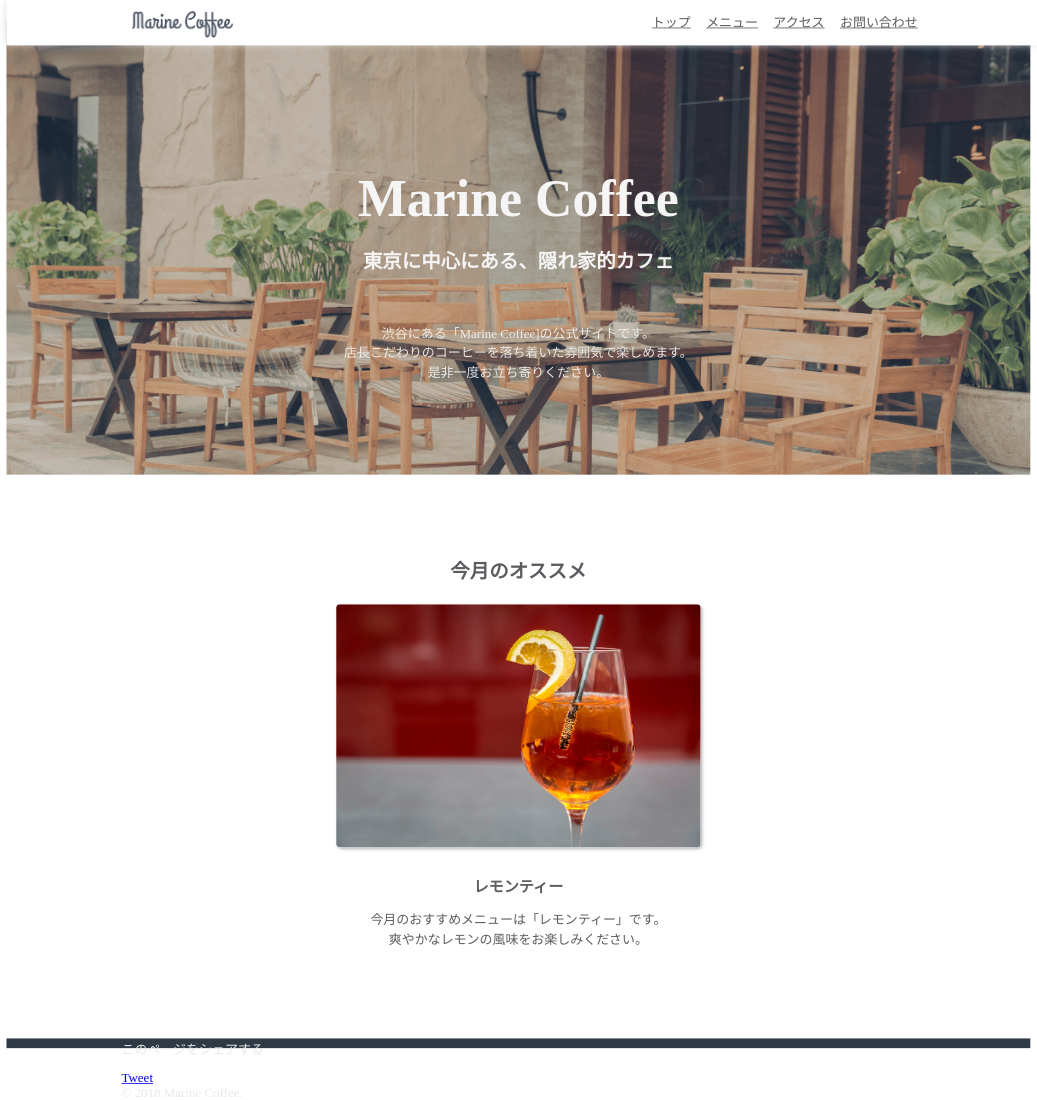
Repository: Kazuya888/samurai_HTML-CSS
Page: marine_coffee/index1.html
The author's editor kept a record of every edit. The page is drawn from the files as they stood at one moment, then again after the next edit.
The browser window is 1280 px wide. The pictures show the whole page, at 81% of full size.

Above is the page before.

### marine_coffee/index1.html
<!DOCTYPE html>
git init
<!DOCTYPE html>
<html lang="ja">
    <head>
         <meta charset="utf-8">
         <title> Marine Coffee　|　トップページ </title>
         <meta name="viewport" content="width=device-width, initial-scale=1">
         <meta name="discription" content="東京都渋谷区にある「Marine Coffee」の公式
         ページです。季節ごとのおすすめメニューや、アクセス情報などを記載しています。">
         <link rel="shortcut icon" href="im1ages/favicon.ico">
         <link rel-"stykesheet" href="common.css">
         <link rel="stylesheet" href="index1.css">
         <link rel="stylesheet" href="responsive.css">
     </head>
     <body>
 <!-- ここに文章を書いていきます。 -->
         <div class="header">
             <div class="container">
         <div class="header-left">
          <img class="header-logo" src="images/logo.png"
    alt="Marine Co1ffee"> </div>
 <div class="header-right">
    <a href="index1.html">トップ</a>
    <a href="menu.html">メニュー</a>
    <a href="access.html">アクセス</a>
    <a href="contact.html">お問い合わせ</a>
       </div>
         </div>
 <div class="clear"></div>
     </div>
</div>
    <div class="main-visual">
        <div class="container">
            <h1 class="top-title">Marine Coffee</h1>
            <h2 class="top-subtitle">東京に中心にある、隠れ家的カフェ</h2>
            <p class="top-text">
                渋谷にある「Marine Coffee]の公式サイトです。
                <br>
                店長こだわりのコーヒーを落ち着いた雰囲気で楽しめます。
                <br>
                是非一度お立ち寄りください。
            </p>
        </div>
    </div>
    <div class="main">
        <div class="cpntainer">
            <h2>今月のオススメ</h2>
            <img class="main-image" src="images/lemon-tea.jpg"
            alt="レモンティー">
            <h3>レモンティー</h3>
            <p>
                今月のおすすめメニューは「レモンティー」です。
                <br>
                爽やかなレモンの風味をお楽しみください。
            </p>
        </div>
    </div>
    <div class="footer">
        <div class="container">
            <div class="footer-left">
                <p>このページをシェアする</p>
               <a href="https://twitter.com/share?ref_src=twsrc%5Etfw"
               class="twitter-share-button"
               data-text="Marine Coffee" data-show-count="false">Tweet</a><script async src="https://platform.twitter.com/widgets.js"
               charset="utf-8"></script>
            </div>
            <div class="footer-right">
                &copy; 2018 Marine Coffee.
            </div>
            <div class="clear"></div>
        </div>
    </div>
     </body>
 </html>

### marine_coffee/index1.css
@charset "utf-8";
.header {
    height: 56px;
    width: 100%;
    box-shadow: 0 0 10px #dddddd;
    background-color: white;
    position: fixed;
    top: 0 ;
}
.header-left{
    float: left;
}
.header-right{
    float: right;
}
.clear{
    clear: both;
}
.header-logo{
    height: 40px;
    margin-top: 8px;
}
.header-right a{
    line-height: 56px;
    color: #5a5c5f;
    margin-left: 5px;
    font-size: 16px;
    padding:16px 5px;
}
.header-right a:hover{
    background-color: #e2f1ff;
    transition: background-color 0.5s;
}
.container{
    max-width: 980px;
    padding: 0 30px;
    margin-left: auto;
    margin-right: auto;
}
.main-visual{
    padding-top: 140px;
    padding-bottom: 100px;
    background-image: url("images/main.png");
    background-size: cover;
    color: #f5f5f5;
    text-align: center;
}
.top-title {
    font-size: 64px;
    margin-bottom:10px;
}
.top-subtitle{
    font-size: 24px;
    margin-bottom: 60px;
}
.top-text{
    opacity: 0.9;
}
.main{
    padding: 80px;
    color: #5a5c5f;
    text-align: center;
}
.main h2{
    margin-bottom:25px;
}
.main-image {
    width:450px;
    margin-bottom: 10px;
    box-shadow: 2px 2px 4px #b7b7b7;
    border-radius: 5px;
}
.main h3{
    margin-bottom: 10px;
}
.footer{
    height: 12px;
    background-color: #2f3a44;
    color: #e8e8e8;
}

### marine_coffee/responsive.css
@charset "utf-8";
@media (max-width: 1024px){
    .main-visual{
       padding-top:120px;
       padding-bottom: 80px;
    }
    .top-title{
        font-size: 60px;
    }
    .menu-card{
        width: 50%;
    }
}
@media(max-width: 670px){
    .header-left{
     display: none;
    }
    .header-right{
        float: none;
        text-align: center;
    }
    .header-right a{
        font-size: 14px;
    }
    .main{
        padding: 60px 0;
    }
    .main-image{
        width:280px;
    }
    .main p{
        font-size: 13px;
    }
    .footer-right{
        padding-top:20px;
    }
    .menu-card{
        width: 100%;
    }
    .google-map iframe{
        width: 100%;
    }
    .contact input, .contact textarea {
        width: 100%;
    }
}

After the next edit:
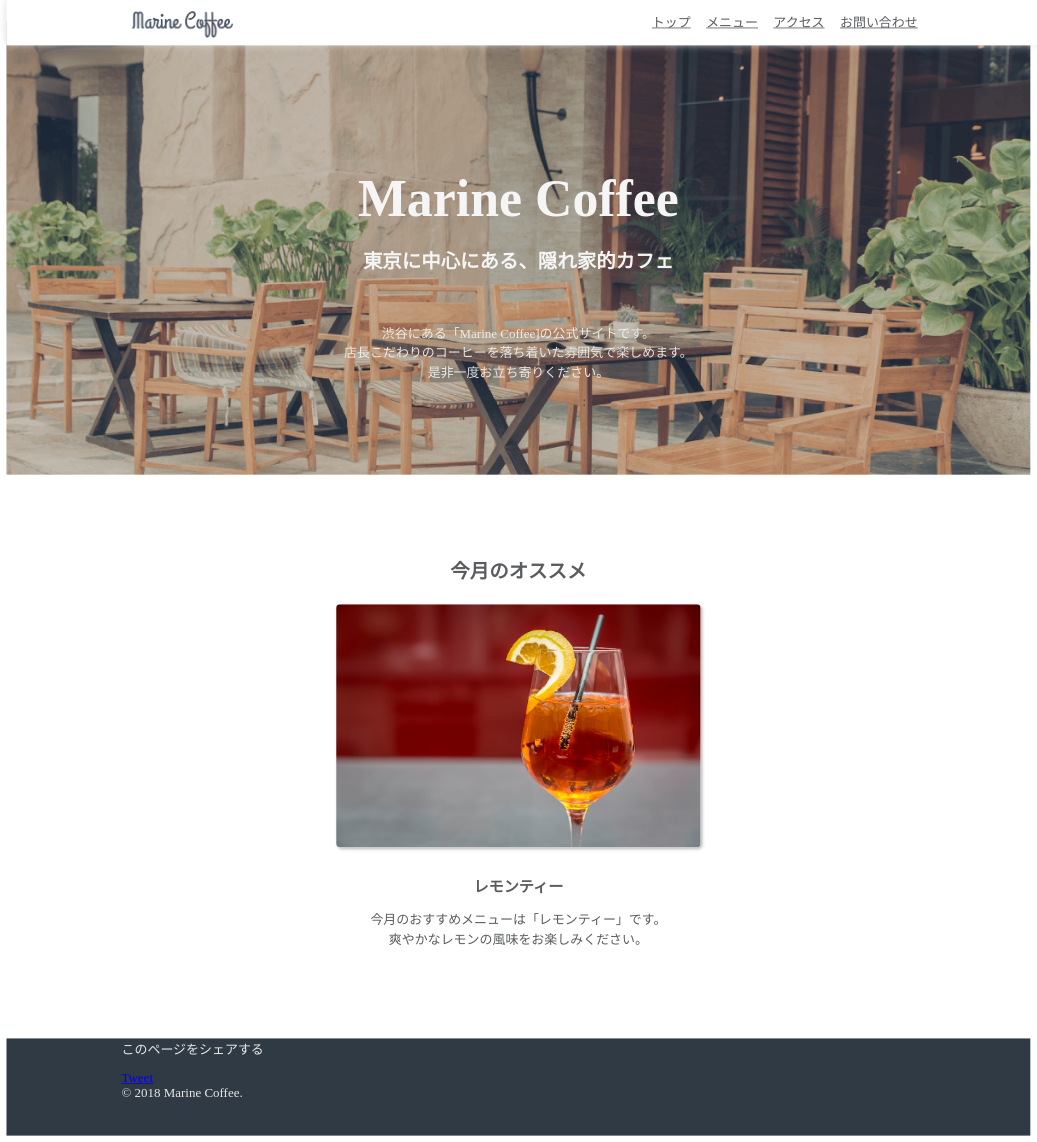
The edit:
--- a/marine_coffee/index1.css
+++ b/marine_coffee/index1.css
@@ -74,7 +74,7 @@
     margin-bottom: 10px;
 }
 .footer{
-    height: 12px;
+    height: 120px;
     background-color: #2f3a44;
     color: #e8e8e8;
 }
